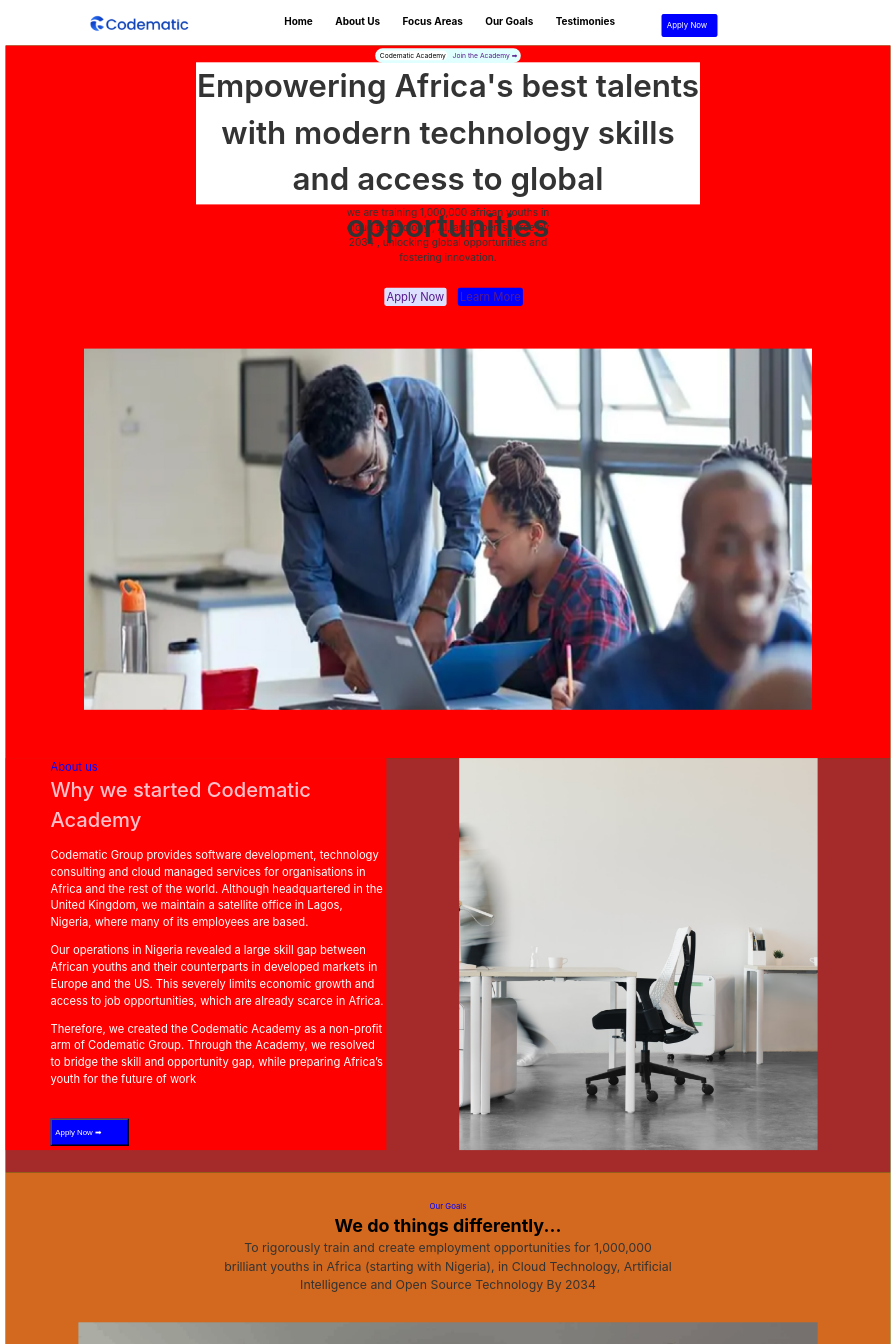
Repository: Gabriel221-dev/Codematic-page
Page: /
An editor plug-in stored every save of this project. The page is shown before and after the next save, followed by the edit.
The browser window is 1280 px wide. The pictures show the part of the page from y = 0 to 1920 px (the page is 4952 px tall), at 70% of full size.
The project was rebuilt for these pictures with package versions that can differ from the ones it lists, and the page was loaded fresh each time. Also part of the build but not shown: vite.config.js.

Above is the page before, as saved 2024-07-25 10:54:22.

### src/App.jsx
import "./App.css";
import Home from "./pages/home";
import Header from "./components/Header";
import Footer from "./components/Footer";
import { BrowserRouter as Router, Route, Routes } from "react-router-dom";
import "./styles/global.css";

const App = () => {
  return (
    <Router>
      <Header />
      <main>
        <Routes>
          <Route path="/" element={<Home />} />
        </Routes>
      </main>
      <Footer />
    </Router>
  );
};

export default App;

### src/index.css
:root {
  font-family: Inter, system-ui, Avenir, Helvetica, Arial, sans-serif;
  line-height: 1.5;
  font-weight: 400;
  padding: 0 0;

  /* color-scheme: light dark;
  background-color: #242424;
  background-color:turquoise; */

}

### src/App.css
#root {
  max-width: 1280px;
  margin: 0 auto;
  /* padding: 2rem;
  text-align: center;
  background-color:bisque */

}

### src/components/Header.jsx
import { useState } from "react";
import { NavLink } from "react-router-dom";
import { FaBars } from "react-icons/fa";
import Sidebar from "./Sidebar";
import "./Header.css";
import { IconContext } from "react-icons";

const Header = () => {
  const [isSidebarToggled, setSidebarToggled] = useState(false);

  const handleToggle = () => {
    setSidebarToggled((prev) => !prev);
  };

  return (
    <>
      <IconContext.Provider value={{ color: "#fff" }}>
        <header className="header">
          <nav className="header__nav">
            <NavLink className="header__brand" to="/">
              <img
                className="header__logo"
                src="/public/Images/codematic-logo-dark-1536x351.png.png"
                alt="Logo"
                loading="eager"
                width="160"
              />
            </NavLink>

            <ul className="header__navigation">
              <li className="header__link">
                <NavLink
                  className={({ isActive }) =>
                    isActive
                      ? "header__anchor header__anchor--active"
                      : "header__anchor"
                  }
                  to="/"
                >
                  Home
                </NavLink>
              </li>
              <li className="header__link">
                <NavLink
                  className={({ isActive }) =>
                    isActive
                      ? "header__anchor header__anchor--active"
                      : "header__anchor"
                  }
                  to=""
                >
                  About Us
                </NavLink>
              </li>
              <li className="header__link">
                <NavLink
                  className={({ isActive }) =>
                    isActive
                      ? "header__anchor header__anchor--active"
                      : "header__anchor"
                  }
                  to=""
                >
                  Focus Areas
                </NavLink>
              </li>
              <li className="header__link">
                <NavLink
                  className={({ isActive }) =>
                    isActive
                      ? "header__anchor header__anchor--active"
                      : "header__anchor"
                  }
                  to=""
                >
                  Our Goals
                </NavLink>
              </li>
              <li className="header__link">
                <NavLink
                  className={({ isActive }) =>
                    isActive
                      ? "header__anchor header__anchor--active"
                      : "header__anchor"
                  }
                >
                  Testimonies
                </NavLink>
              </li>
              <NavLink className="header__btn" to="/contact">
                Apply Now
              </NavLink>
            </ul>

            <button
              className="header__menu"
              title="Toggle Menu"
              onClick={handleToggle}
            >
              <FaBars />
            </button>
          </nav>
          <Sidebar isOpen={isSidebarToggled} onToggle={handleToggle} />
        </header>
      </IconContext.Provider>
    </>
  );
};

export default Header;

### src/components/Footer.jsx
import { Link } from "react-router-dom";
import "./Footer.css";

const Footer = () => {
  return (
    <footer className="footer">
      <div className="footer__content">
        <div className="footer__pages">
          <img
            className="footer__logo"
            src="/public/Images/codematic-logo-dark-1536x351.png.png"
            alt="Logo"
            loading="lazy"
            width="160"
          />

          <ul className="footer__navigation">
            <li className="footer__link">
              <Link className="link-anchor footer__anchor" to="/">
                About Us
              </Link>
            </li>
            <li className="footer__link">
              <Link className="link-anchor footer__anchor" to="/about">
                Contact Us
              </Link>
            </li>
            <li className="footer__link">
              <Link className="link-anchor footer__anchor" to="/about">
                Privacy Policy
              </Link>
            </li>
          </ul>
        </div>

        {/* <div className="footer__more">
          <div className="footer__socials">
            <a href="#" aria-label="Facebook" className="footer__social">
              <svg
                className="footer__icon"
                xmlns="http://www.w3.org/2000/svg"
                width="24"
                height="24"
              >
                <path
                  fill="#FFF"
                  d="M22.675 0H1.325C.593 0 0 .593 0 1.325v21.351C0 23.407.593 24 1.325 24H12.82v-9.294H9.692v-3.622h3.128V8.413c0-3.1 1.893-4.788 4.659-4.788 1.325 0 2.463.099 2.795.143v3.24l-1.918.001c-1.504 0-1.795.715-1.795 1.763v2.313h3.587l-.467 3.622h-3.12V24h6.116c.73 0 1.323-.593 1.323-1.325V1.325C24 .593 23.407 0 22.675 0z"
                />
              </svg>
            </a>
            <a href="#" aria-label="Pinterest" className="footer__social">
              <svg
                className="footer__icon"
                xmlns="http://www.w3.org/2000/svg"
                width="24"
                height="24"
              >
                <path
                  fill="#FFF"
                  d="M12 0C5.373 0 0 5.372 0 12c0 5.084 3.163 9.426 7.627 11.174-.105-.949-.2-2.405.042-3.441.218-.937 1.407-5.965 1.407-5.965s-.359-.719-.359-1.782c0-1.668.967-2.914 2.171-2.914 1.023 0 1.518.769 1.518 1.69 0 1.029-.655 2.568-.994 3.995-.283 1.194.599 2.169 1.777 2.169 2.133 0 3.772-2.249 3.772-5.495 0-2.873-2.064-4.882-5.012-4.882-3.414 0-5.418 2.561-5.418 5.207 0 1.031.397 2.138.893 2.738a.36.36 0 01.083.345l-.333 1.36c-.053.22-.174.267-.402.161-1.499-.698-2.436-2.889-2.436-4.649 0-3.785 2.75-7.262 7.929-7.262 4.163 0 7.398 2.967 7.398 6.931 0 4.136-2.607 7.464-6.227 7.464-1.216 0-2.359-.631-2.75-1.378l-.748 2.853c-.271 1.043-1.002 2.35-1.492 3.146C9.57 23.812 10.763 24 12 24c6.627 0 12-5.373 12-12 0-6.628-5.373-12-12-12z"
                />
              </svg>
            </a>
            <a href="#" aria-label="Twitter" className="footer__social">
              <svg
                className="footer__icon"
                xmlns="http://www.w3.org/2000/svg"
                width="24"
                height="20"
              >
                <path
                  fill="#FFF"
                  d="M24 2.557a9.83 9.83 0 01-2.828.775A4.932 4.932 0 0023.337.608a9.864 9.864 0 01-3.127 1.195A4.916 4.916 0 0016.616.248c-3.179 0-5.515 2.966-4.797 6.045A13.978 13.978 0 011.671 1.149a4.93 4.93 0 001.523 6.574 4.903 4.903 0 01-2.229-.616c-.054 2.281 1.581 4.415 3.949 4.89a4.935 4.935 0 01-2.224.084 4.928 4.928 0 004.6 3.419A9.9 9.9 0 010 17.54a13.94 13.94 0 007.548 2.212c9.142 0 14.307-7.721 13.995-14.646A10.025 10.025 0 0024 2.557z"
                />
              </svg>
            </a>
          </div>
          <p className="footer__copy paragraph-2">
            Copyright 2020. All Rights Reserved
          </p>
        </div> */}
      </div>
    </footer>
  );
};

export default Footer;

### src/styles/global.css
* {
    /* margin: 0; */
    padding: 0;
    /* box-sizing: border-box; */
  }

  body {
    /* font-family: "Livvic", sans-serif; */
    /* line-height: 1.6; */
    color: #333;
    background-color: white;
  }

### src/pages/Home.css
.Home{
    /* padding: 1rem; */
    background-color:green;
}
.Home-1{
    background-color:red;
    text-align: center;
}
.mark{
    background-color:white;
    border-radius:12px;
    font-size: .6rem;
    padding:.1rem;
    margin-right: .5rem;
}
.academy-1{
    font-size: .6rem;
    background-color: lightcyan;
    border-radius:12px;
    padding: .3rem;
    text-decoration: none;
}
.heading-sub-1{
      text-align: center;
}
.heading-1{
    width: 45rem;
    height: 12.7rem;
    font-size: 2.8rem;
    justify-content: center;
    align-items: center;
    margin: 0 auto;
    font-weight: 600;
    background-color:white;
}
.sub-heading-1{
    font-size: .9rem;
    height: 120px;
    width: 20rem;
    justify-content: center;
    align-items: center;
    margin: 0 auto;
}
.action{
    gap: 12px;
    text-decoration: none;
}
.apply-heading{
    background-color:#DEE0FF;
    text-align: center;
    margin: 0 1rem;
    padding: .2rem;
    border-radius: 3px;
    text-decoration: none;
}

.learn-heading{
    background-color: blue;
    text-align: center;
    padding: .2rem;
    border-radius: 3px;
    text-decoration: none;
}

.Home-1 img{
    background-color:none;
    width: 65rem;
    height: 516px;
    padding: 1rem;
    margin: 2.9rem 0;
}


.Home-2{
    background-color:brown;
    display: flex;
    justify-content: space-between;
    height: 37rem;
}

.heading-sub-2{
    background-color:red;
    font-size: 1.4rem;
    font-style: normal;
    color: #fff;
    text-align: left;
    max-width: 30rem;
    text-align: left;
    height: 35rem;
    padding: 0 0 0 4rem;
    /* margin: 1rem 0 0 0; */
}

.sub-heading-2{
    font-size: 1rem;
    color:blue;
}

.heading-2{
    font-size: 1.8rem;
    font-weight: 500;
    color:pink;
}

.home-chair{
    flex: 1;
}


.text-2{
    font-size: 1rem;
}

.apply-now-2{
    background-color:blue;
    margin-top:1.8rem;
    padding: .7rem 2rem .7rem 0;
    font-size: .7rem;
    color:white;
    width: 7rem;
}

.Home-2 .img{
    flex: 1;
    display: flex;
    justify-content: center;
}

.Home-2 img{
    display: flex;
    align-items: center;
    text-align: left;
    height: 35rem;
    width: 32rem;
}


.Home-3{
    background-color:chocolate;
    text-align: center;
}

.heading-sub-3{
    padding: 2.5rem;
}

.sub-3{
    color:blue;
    font-size: .7rem;
}

.heading-3{
    color:black;
    font-size: 1.6rem;
    font-weight: 700;
}

.text-3{
    font-size: 1.1rem;
    width:40rem;
    display: flex;
    margin: 0 auto;
}

.Home-3 img{
    width: 66rem;
}

.Home-4{
    background-color:yellowgreen;
}

.Home-5{
    background-color:violet;
}

.Home-6{
    background-color:cadetblue;
}

.Home-7{
    background-color:goldenrod;
}

### src/components/Sidebar.jsx
import PropTypes from "prop-types";
import { useNavigate } from "react-router-dom";
import { AiOutlineClose } from "react-icons/ai";
import "./Sidebar.css";
import { IconContext } from "react-icons";

const Sidebar = ({ isOpen, onToggle }) => {
  const navigate = useNavigate();

  const handleNavigate = (path) => {
    navigate(path);
    onToggle();
  };

  return (
    <IconContext.Provider value={{ color: "#fff" }}>
      <div className={`sidebar ${isOpen ? "sidebar--open" : ""}`}>
        <div className="sidebar__overlay" onClick={onToggle}></div>
        <div className="sidebar__content">
          <div className="sidebar__header">
            <button
              className="sidebar__close"
              title="Close Menu"
              onClick={onToggle}
            >
              <AiOutlineClose />
            </button>
          </div>

          <ul className="sidebar__navigation">
            <li className="sidebar__link">
              <button
                className="sidebar__anchor"
                onClick={() => handleNavigate("/")}
              >
                Home
              </button>
            </li>

            <li className="sidebar__link">
              <button
                className="sidebar__anchor"
                onClick={() => handleNavigate()}
              >
                About Us
              </button>
            </li>
            <li className="sidebar__link">
              <button
                className="sidebar__anchor"
                onClick={() => handleNavigate()}
              >
                Focus Areas
              </button>
            </li>
            <li className="sidebar__link">
              <button
                className="sidebar__anchor"
                onClick={() => handleNavigate()}
              >
                Testimonies
              </button>
            </li>
          </ul>

          <button className="sidebar__btn" onClick={() => handleNavigate()}>
            Apply Now
          </button>
        </div>
      </div>
    </IconContext.Provider>
  );
};

Sidebar.propTypes = {
  isOpen: PropTypes.bool.isRequired,
  onToggle: PropTypes.func.isRequired,
};

export default Sidebar;

### src/components/Header.css
.header {
    background-color: white;
    height: 1.55rem;
    display: flex;
    justify-content: space-between;
    align-items: center;
    padding: 1rem 7rem;
  }

  @media only screen and (max-width: 850px) {
    .header {
        background-color:black;
      height: 150px;
      /* background-color:red; */
      align-items:left;
    }
  }

  @media only screen and (max-width: 576px) {
    .header {
      height: 128px;
    }
  }

  .header__nav {
    /* display: flex;
    align-items: center;
    gap: 8rem; */
    grid-column: center-start / center-end;
    display: grid;
    grid-template-columns: max-content 1fr max-content;
    align-items: center;
    column-gap: 8rem;

    @media only screen and (max-width: 768px) {
      column-gap: 4rem;
    }

    @media only screen and (max-width: 576px) {
        grid-template-columns: repeat(2, 1fr);
        column-gap: 0;
    }
  }

  .header__logo {
    max-width: 158px;

    @media only screen and (max-width: 768px) {
      margin-right: 14rem;
      margin-left: -5rem;
    }
  }

  .header__navigation {
    list-style: none;
    display: flex;
    margin: 0;
    padding: 0;
    text-decoration: none;

    @media only screen and (max-width: 820px) {
      display: none;
    }
  }

  .header__link {
    margin-right: 2rem;
    text-decoration: none;
  }

  /* .header:last-child {
    margin-right: 0;
  } */

  .header__anchor {
    font-size: .89rem;
    text-decoration: none;
    color: #333;
    font-weight: bold;
  }

  .header__anchor:hover{
    text-decoration: none;
  }

  .header__anchor--active {
    color: black;
}

  .header__btn {
    font-size: .7rem;
    background-color: blue;
    border: 2px solid #fff;
    width: 4rem;
    border-radius:5px;
    color: #fff;
    padding: 0.5rem .5rem;
    margin-left: 2rem;
    text-decoration: none;
    display: inline-block;
    cursor: pointer;
    justify-self: end;

    @media only screen and (max-width: 820px) {
      display: none;
    }
  }

  .header__btn:hover{
    background-color:white;
    color:#004953;
    text-decoration: none;
    border-radius:16px;
    transform: scale(1.05);
    transition: transform 0.6s ease-in-out, border-bottom 0.6s ease;
  }

  .header__menu {
    display: none;

    @media only screen and (max-width: 820px) {
      display: flex;
      width: 50px;
      height: 28px;
      padding: .1rem;
      border: 0;
      outline: 0;
    }
  }

  .header__menu:hover{
    background:none;
  }

### src/components/Footer.css
.footer {
    background-color: rgb(4, 4, 55);
    display: grid;
    grid-template-rows: 48px auto 48px;
    padding: 1rem;
  }

  @media only screen and (max-width: 768px) {
    .footer {
      grid-template-rows: 50px repeat(1, min-content) 56px;
    }
  }

  @media only screen and (max-width: 650px) {
    .footer {
      grid-template-rows: 64px repeat(1, min-content) 64px;
    }
  }

  .footer__content {
    display: grid;
    grid-column: center-start / center-end;
    grid-template-columns: max-content 1fr max-content;
    column-gap: 12.5rem;
    grid-column: 2;
    grid-row: 2 / 3;
  }

  @media only screen and (max-width: 1024px) {
    .footer__content {
      column-gap: 8rem;
    }
  }

  @media only screen and (max-width: 768px) {
    .footer__content {
      grid-template-columns: repeat(1, 1fr);
      grid-template-rows: repeat(1, min-content);
      row-gap: 3.2rem;
    }
  }

  @media only screen and (max-width: 480px) {
    .footer__content {
      grid-template-columns: 1fr;
      grid-template-rows: repeat(1, min-content);
      /* row-gap: 2.4rem; */
    }
  }

  .footer__pages {
    display: flex;
    flex-direction: column;
    justify-content: space-between;
  }

  @media only screen and (max-width: 480px) {
    .footer__pages {
      grid-column: 1 / 3;
      grid-row: 1 / 2;
      justify-self: center;
      align-items: center;
    }
  }

  .footer__logo {
    width: 160px;
  }

  @media only screen and (max-width: 768px) {
    .footer__logo {
      width: 96px;
    }
  }

  @media only screen and (max-width: 480px) {
    .footer__logo {
      margin-bottom: 24px;
    }
  }

  .footer__navigation {
    list-style: none;
    display: flex;
    margin-bottom: 7px;
  }

  @media only screen and (max-width: 768px) {
    .footer__navigation {
      margin-bottom: 0;
    }
  }

  .footer__link {
    margin-right: 40px;
    transition: color 0.3s;
  }

  @media only screen and (max-width: 1024px) {
    .footer__link {
      margin-right: 24px;
    }
  }

  @media only screen and (max-width: 768px) {
    .footer__link {
      margin-right: 1rem;
      margin-bottom: 16px;
    }
  }

  .footer__link:hover {
    color: var(--light-coral);
  }

  .footer__anchor {
    text-decoration: none;
    color: white;
    font-size: 1.5rem;
    text-transform: uppercase;
  }

  @media only screen and (max-width: 768px) {
    .footer__anchor {
      font-size: 1.5rem;
    }
  }

  .footer__information {
    display: flex;
    flex-direction: column;
  }

  @media only screen and (max-width: 768px) {
    .footer__information {
      text-align: right;
      margin-bottom: 2px;
    }
  }

  @media only screen and (max-width: 480px) {
    .footer__information {
      grid-column: 1 / 3;
      grid-row: 2 / 3;
      text-align: center;
    }
  }

  .footer__text {
    color: white;
    mix-blend-mode: normal;
    opacity: 0.6;
  }

  .footer__more {
    display: flex;
    flex-direction: column;
    justify-content: space-between;
    align-items: flex-end;
  }

  @media only screen and (max-width: 768px) {
    .footer__more {
      grid-column: 1 / 3;
      grid-row: 2 / 3;
      flex-direction: row;
      align-items: center;
    }
  }

  @media only screen and (max-width: 480px) {
    .footer__more {
      grid-column: 1 / 3;
      grid-row: 3 / 4;
      flex-direction: column;
      margin-top: 16px;
    }
  }

  .footer__socials {
    display: flex;
    margin-bottom: 7px;
  }

  @media only screen and (max-width: 768px) {
    .footer__socials {
      line-height: 0;
    }
  }

  @media only screen and (max-width: 480px) {
    .footer__socials {
      margin-bottom: 16px;
    }
  }

  .footer__social {
    margin-right: 16px;
    transition: fill 0.3s;
  }

  .footer__icon {
    width: 24px;
    height: 24px;
  }

  .footer__copy {
    color: white;
  }

### src/components/Sidebar.css
.sidebar {
    display: none;
    width: 100%;
    height: 100%;
    position: fixed;
    top: 0;
    left: 0;
    z-index: 100;
    transition: all 0.3s ease;
  }

  .sidebar--open {
    display: grid;
    grid-template-columns: 1fr min-content;
  }

  .sidebar__overlay {
    grid-column: 1 / -1;
    grid-row: 1 / 2;
    background-color: rgba(0, 0, 0, 0.5);
    transition: background-color 0.3s ease;

  }

  .sidebar__content {
    grid-column: 2 / 3;
    grid-row: 1 / 2;
    background-color: #194c4c;
    width: 250px;
    display: grid;
    grid-template-rows: 128px repeat(2, min-content);
    grid-template-columns: 48px 1fr 25px;
    transition: width 0.3s ease;
    transition: width .4s ease;

  }

  .sidebar__header {
    grid-column: 2 / 3;
    justify-self: end;
    align-self: center;
  }

  .sidebar__close {
    background-color:#194c4c ;
    width: 30px;
    border: 0;
    outline: 0;
  }

  .sidebar__close:hover{
    background-color:#194c4c;
  }

  .sidebar__navigation {
    grid-column: 2 / 3;
    list-style: none;
    margin: 0;
    padding: 0;
  }

  .sidebar__link {
    margin-bottom: 2.4rem;
  }

  .sidebar__anchor {
    font-size: 1.1rem;
    color: #fff;
    background: transparent;
    border: none;
    text-decoration: none;
    cursor: pointer;
  }

  .sidebar__anchor:hover{
    background:none;
  }

  .sidebar__btn {
    grid-column: 2 / 3;
    background-color: transparent;
    border: 1px solid #fff;
    color: #fff;
    padding: 0.5rem 1rem;
    text-decoration: none;
    display: inline-block;
    cursor: pointer;
    width: 159px;
  }

  .sidebar__btn:hover{
    background:white;
    color:#194c4c;
    transform: scale(1.05);
    transition: transform 0.3s ease-in-out, border-bottom 0.6s ease;
  }

  .sidebar--open .sidebar__overlay {
    background-color: rgba(0, 0, 0, 0.5);
  }

  .sidebar--open .sidebar__content {
    width: 250px;
  }

  @media (max-width: 768px) {
    .header__menu {
      display: grid;
      background-color: transparent;
      width: 24px;
      border: 0;
      outline: 0;
      justify-self: end;
      align-self: center;
      margin-left: auto;
    }
  }

Loaded but not shown: index.html (common file); src/main.jsx (common file); src/pages/home.jsx (255 lines, source omitted)

After the next save:
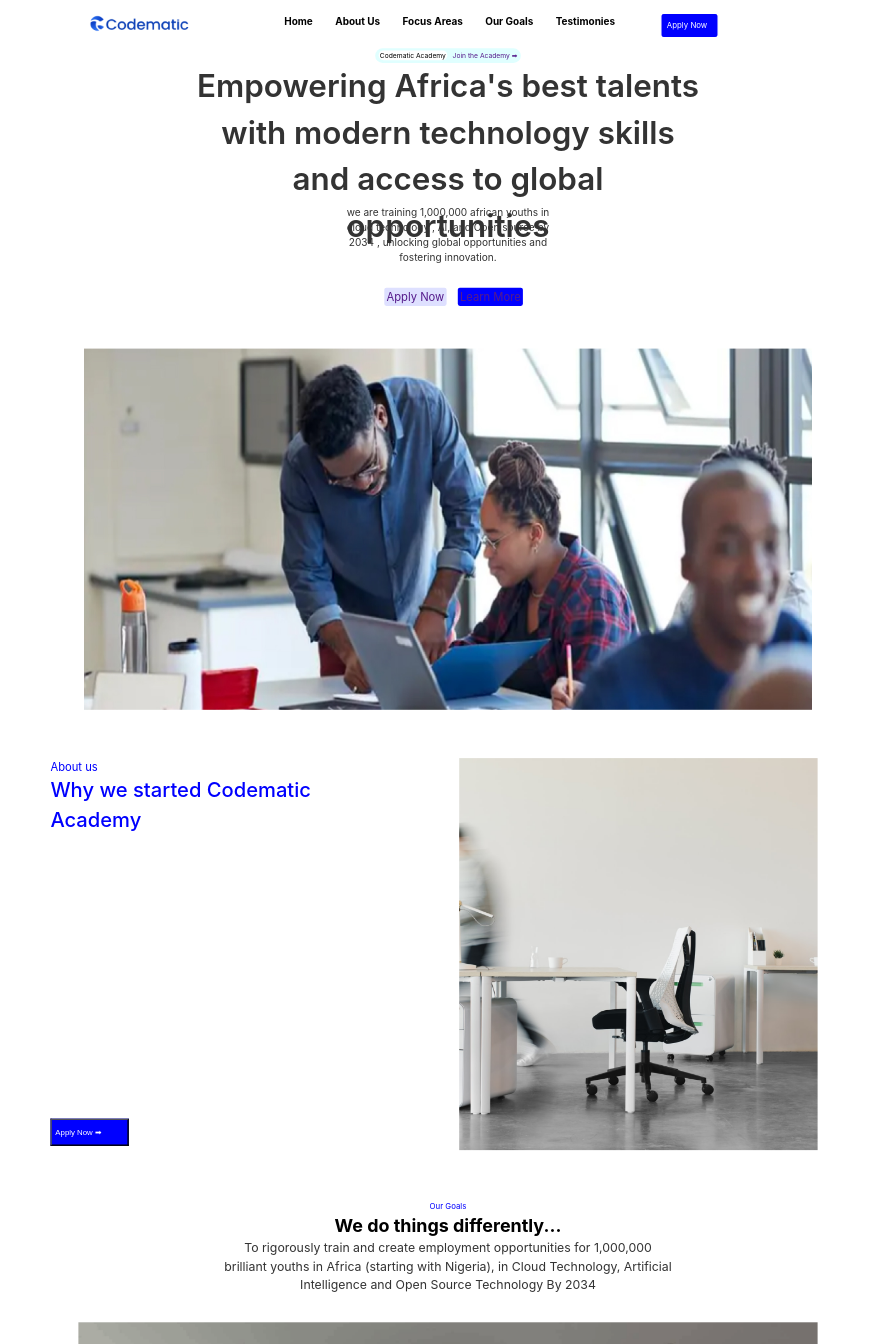
Saved 116 s later.
--- a/src/pages/Home.css
+++ b/src/pages/Home.css
@@ -1,9 +1,9 @@
-.Home{
-    /* padding: 1rem; */
+/* .Home{
+    padding: 1rem;
     background-color:green;
-}
+} */
 .Home-1{
-    background-color:red;
+    /* background-color:red; */
     text-align: center;
 }
 .mark{
@@ -72,14 +72,14 @@
 
 
 .Home-2{
-    background-color:brown;
+    /* background-color:brown; */
     display: flex;
     justify-content: space-between;
     height: 37rem;
 }
 
 .heading-sub-2{
-    background-color:red;
+    /* background-color:red; */
     font-size: 1.4rem;
     font-style: normal;
     color: #fff;
@@ -99,7 +99,7 @@
 .heading-2{
     font-size: 1.8rem;
     font-weight: 500;
-    color:pink;
+    color:blue;
 }
 
 .home-chair{
@@ -136,7 +136,7 @@
 
 
 .Home-3{
-    background-color:chocolate;
+    /* background-color:chocolate; */
     text-align: center;
 }
 
